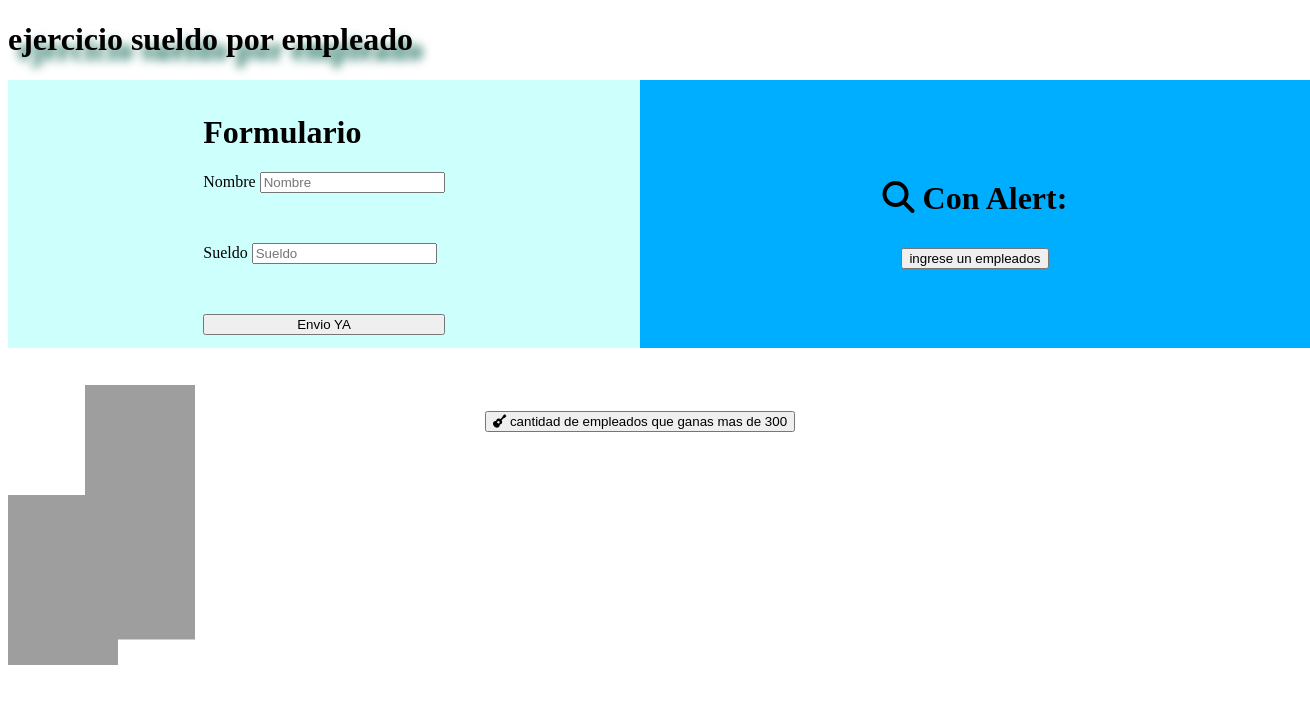
Repository: wolfmarcos/Ej-FormSesionEmpleados
Page: index.html
The author's editor kept a copy of each file at every save. The page is drawn from the files as they stood at one save, then again after the next save.
The browser window is 1280 px wide. The page is 1310 px wide, so the pictures cover 1310 px, including what lies to the right of the window. The pictures show the whole page.
Pictures or frames that could not be fetched are drawn as grey boxes. Some web libraries are served in a nearby version.

Above is the page before, as saved 2022-08-08 18:51:23.

After the next save:
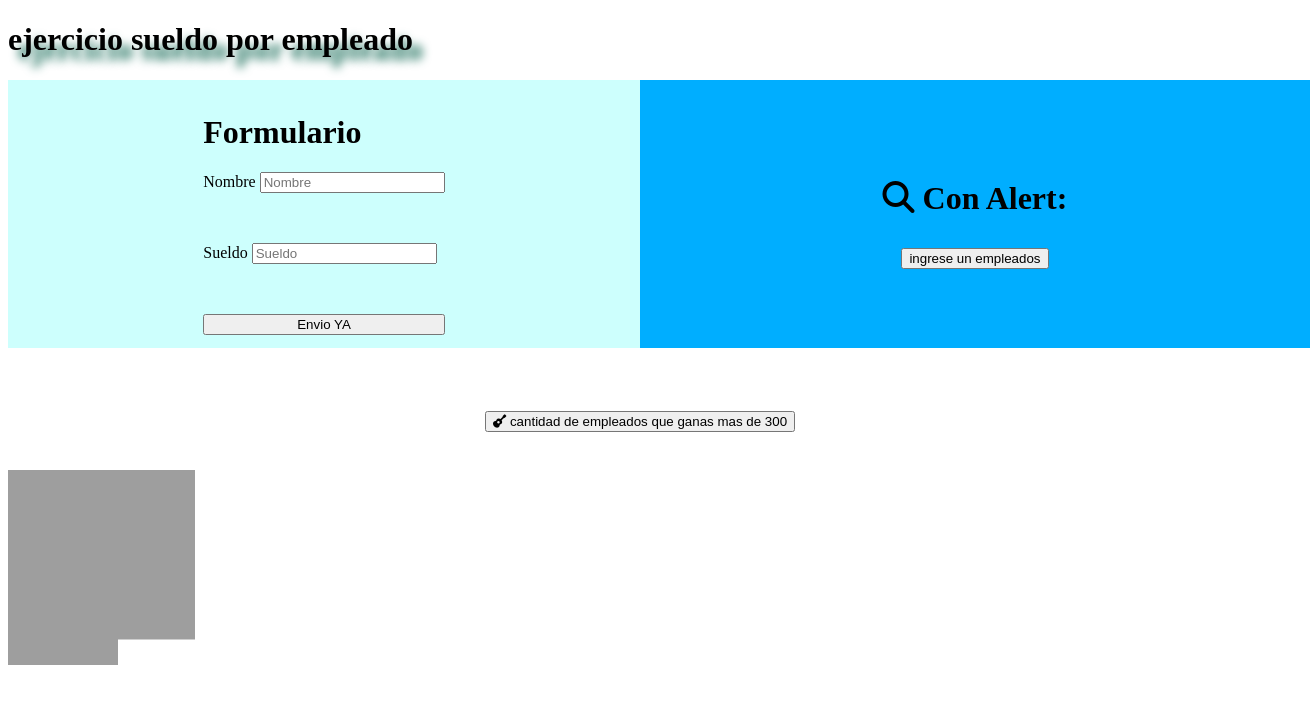
Saved 14 s later.
--- a/ej1.css
+++ b/ej1.css
@@ -251,7 +251,7 @@
   /* width: 100%; */
   /* height: 100%; */
   /* transform: translate(25% ,-15%); */
-   animation: salta 0.8s steps(6) infinite ;
+   /* animation: salta 0.8s steps(6) infinite ;  */
    transform: translate(0% ,-15%);
    transition: 0.5s;
  }

After the 2 saves that followed:
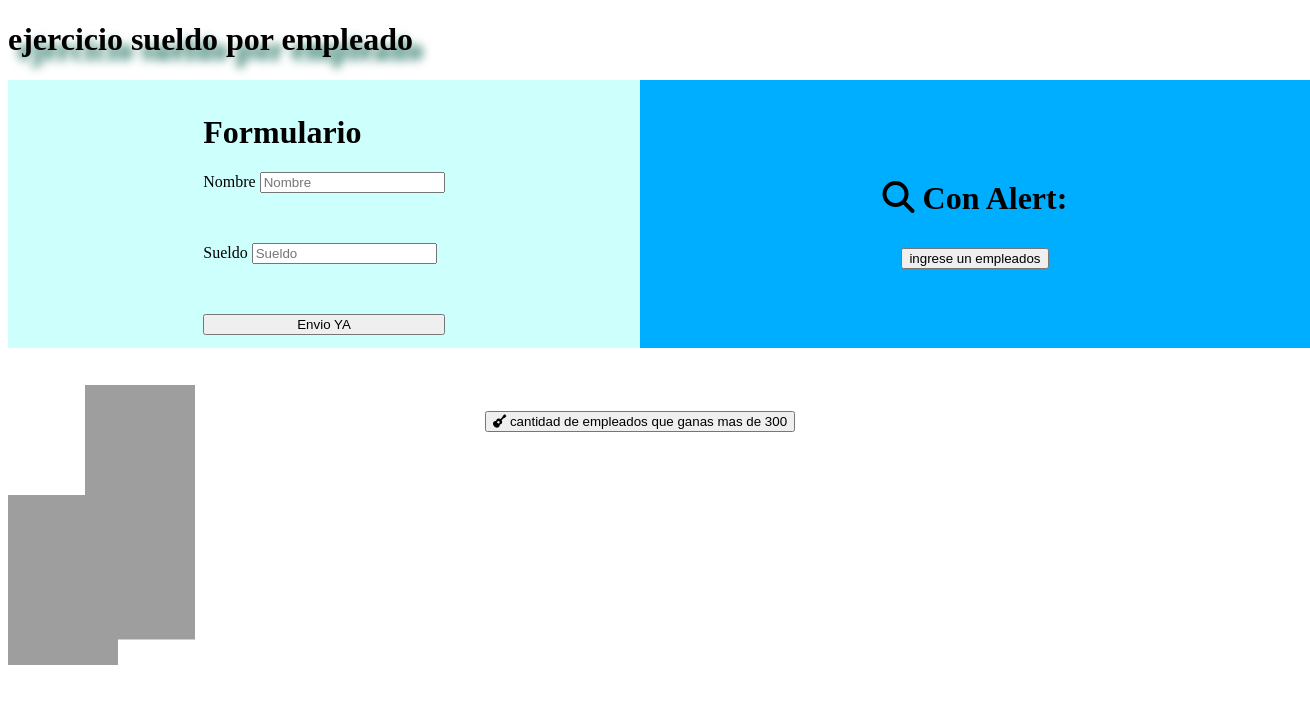
The 2 saves are shown as one change because 1 left the picture as it was.
The last was saved 69 s later.
--- a/ej1.css
+++ b/ej1.css
@@ -251,7 +251,7 @@
   /* width: 100%; */
   /* height: 100%; */
   /* transform: translate(25% ,-15%); */
-   /* animation: salta 0.8s steps(6) infinite ;  */
+   animation: salta 0.8s steps(6) infinite ;
    transform: translate(0% ,-15%);
    transition: 0.5s;
  }
@@ -260,7 +260,7 @@
 
   50%{transform: translate(140% ,-115%);}
 
-90%{background-position:-1016px -3300px}
+90%{background-position:-9016px -3300px}
 90%{transform: translate(280% ,-15%);}
 /* 100%{transform: overflow: ;} */
 
